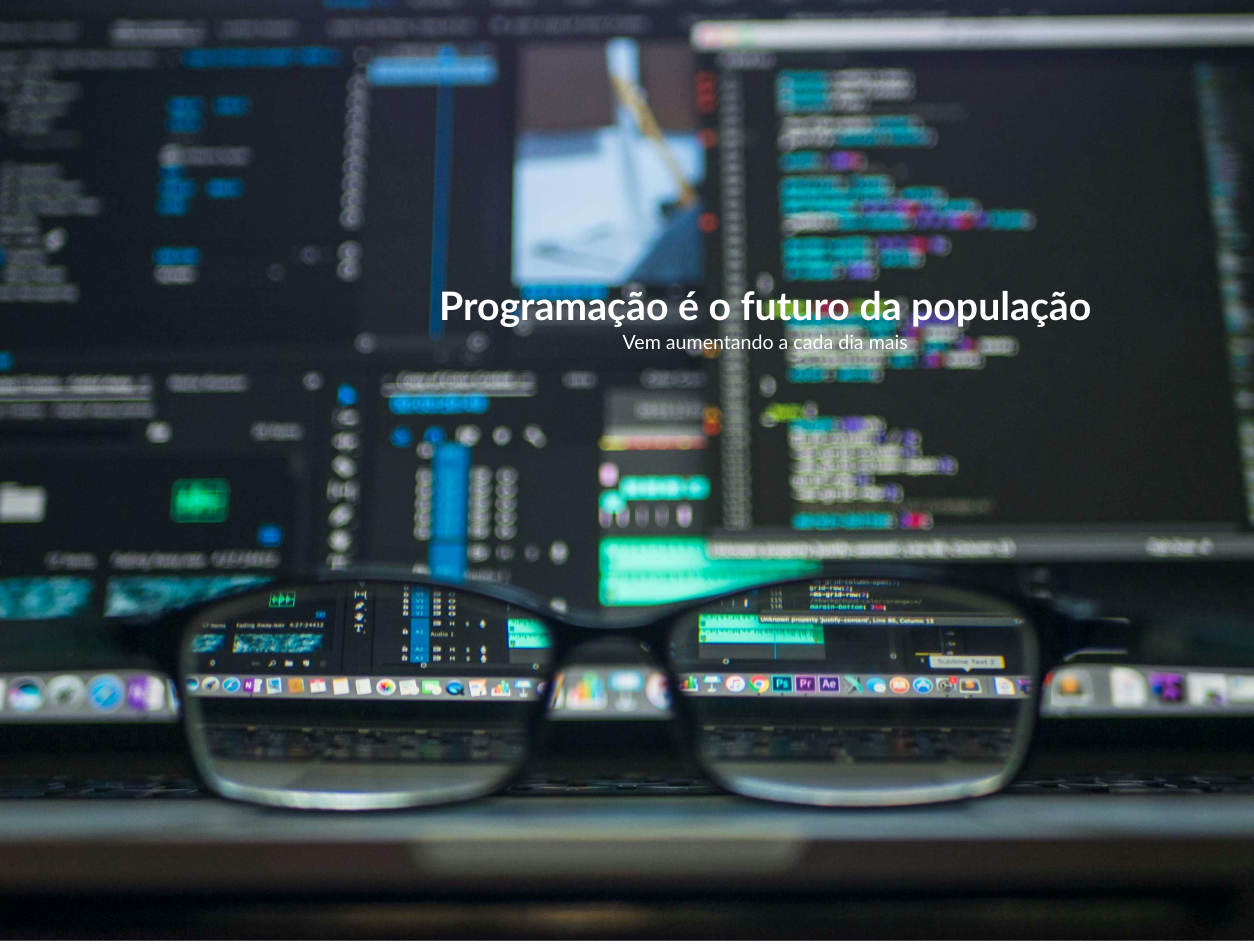
Repository: Caiquedev123/Sites
Page: index.html
The author's editor kept a copy of each file at every save. The page is drawn from the files as they stood at one save, then again after the next save.
The browser window is 1280 px wide. The pictures show the whole page, at 98% of full size.

Above is the page before, as saved 2024-07-22 14:27:39.

After the next save:
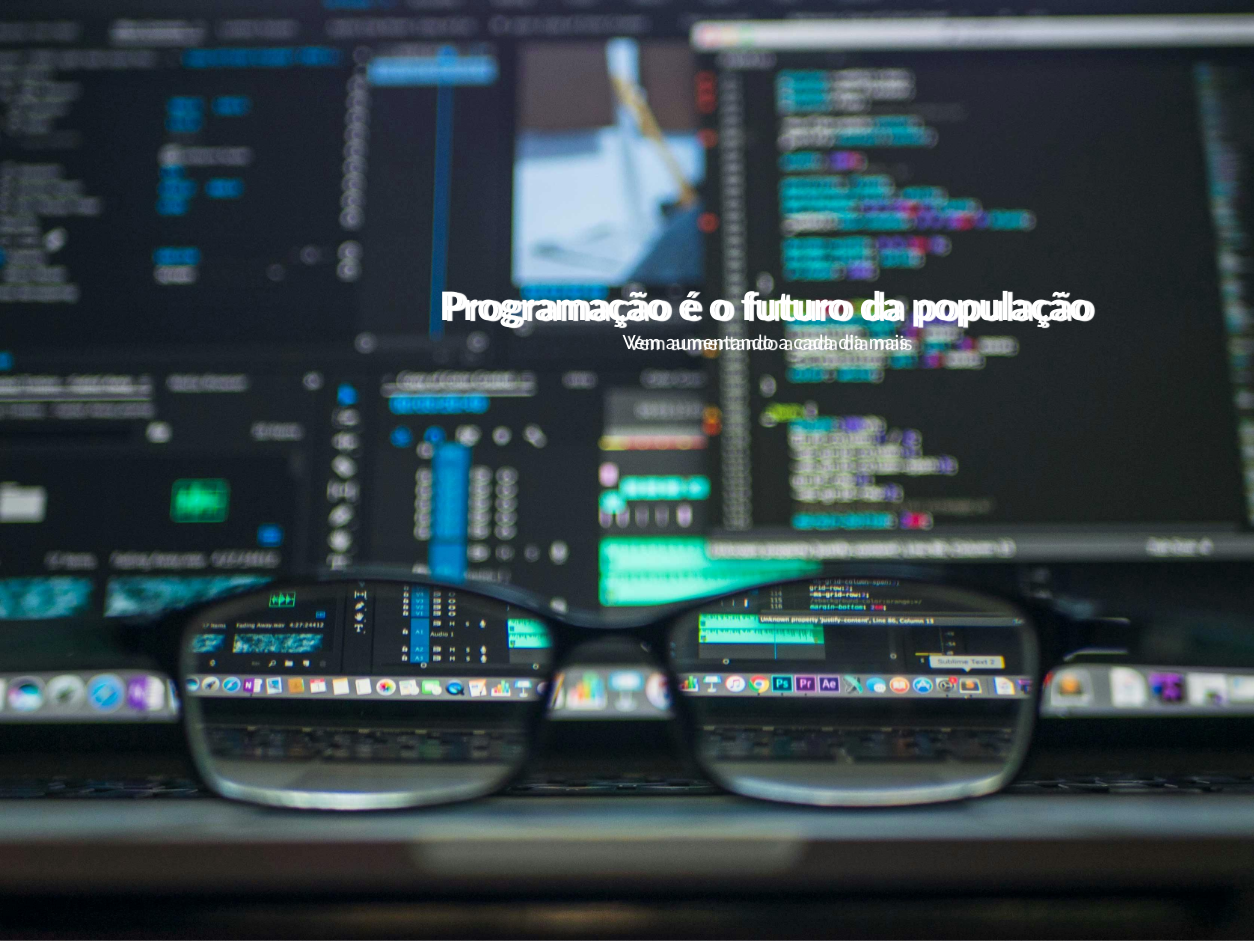
Saved 5 s later.
--- a/style.css
+++ b/style.css
@@ -9,7 +9,7 @@
     color: rgb(255, 255, 255);
     font-family: 'Gill Sans', 'Gill Sans MT', Calibri, 'Trebuchet MS', sans-serif;
     font-size: 20px;
-    text-shadow: 5px;
+    text-shadow: 5px 1px 1px;
 }
 
 img{
